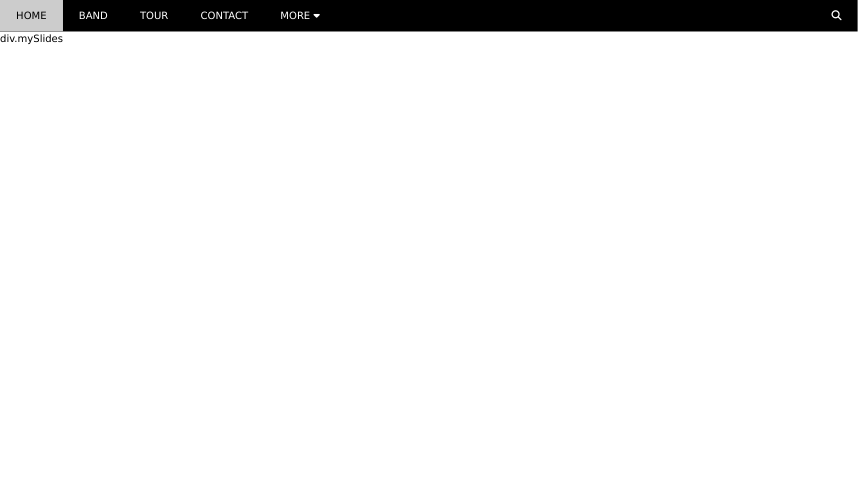
Repository: tam1512/The-Band
Page: index.html
An editor plug-in stored every save of this project. The page is shown before and after the next save, followed by the edit.
The browser window is 1280 px wide. The pictures show the whole page, at 67% of full size.
Some web libraries are served in a nearby version.

Above is the page before, as saved 2022-07-21 11:23:43.

After the next save:
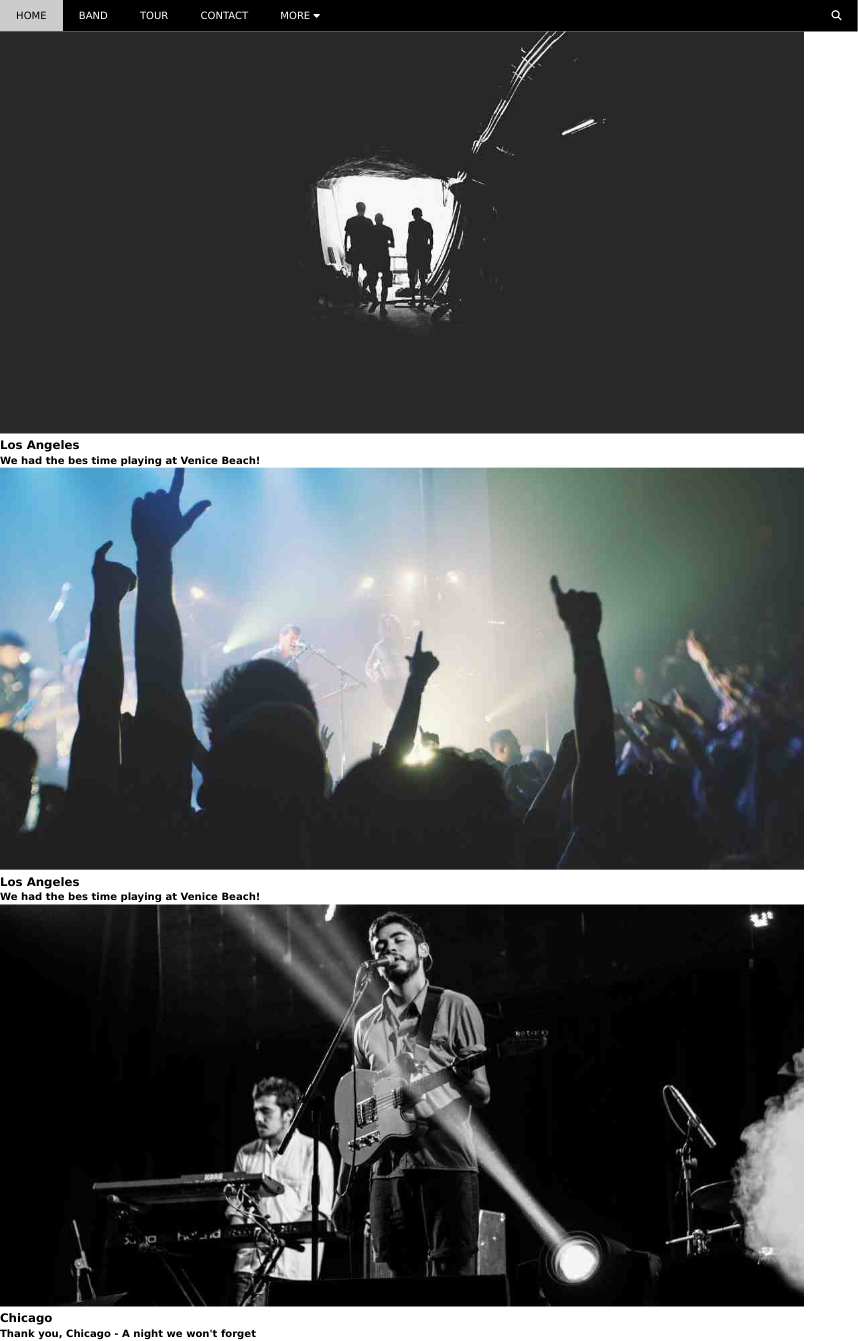
Saved 8 min 35 s later.
--- a/index.html
+++ b/index.html
@@ -38,7 +38,39 @@
           <i class="fa-solid fa-magnifying-glass color-white"></i>
         </div>
       </div>
-      <div class="slideshow-container">div.mySlides</div>
+      <!-- Slideshow container -->
+      <div class="slideshow-container">
+        <!-- Full-width image with caption text -->
+        <div class="mySlides fade">
+          <img src="assets/img/la.jpg" alt="Los Angeles" />
+          <div class="text">
+            <h3>Los Angeles</h3>
+            <p>
+              <b>We had the bes time playing at Venice Beach!</b>
+            </p>
+          </div>
+        </div>
+
+        <div class="mySlides fade">
+          <img src="assets/img/ny.jpg" alt="New York" />
+          <div class="text">
+            <h3>Los Angeles</h3>
+            <p>
+              <b>We had the bes time playing at Venice Beach!</b>
+            </p>
+          </div>
+        </div>
+
+        <div class="mySlides fade">
+          <img src="assets/img/chicago.jpg" alt="Chicago" />
+          <div class="text">
+            <h3>Chicago</h3>
+            <p>
+              <b>Thank you, Chicago - A night we won't forget</b>
+            </p>
+          </div>
+        </div>
+      </div>
     </div>
   </body>
 </html>
